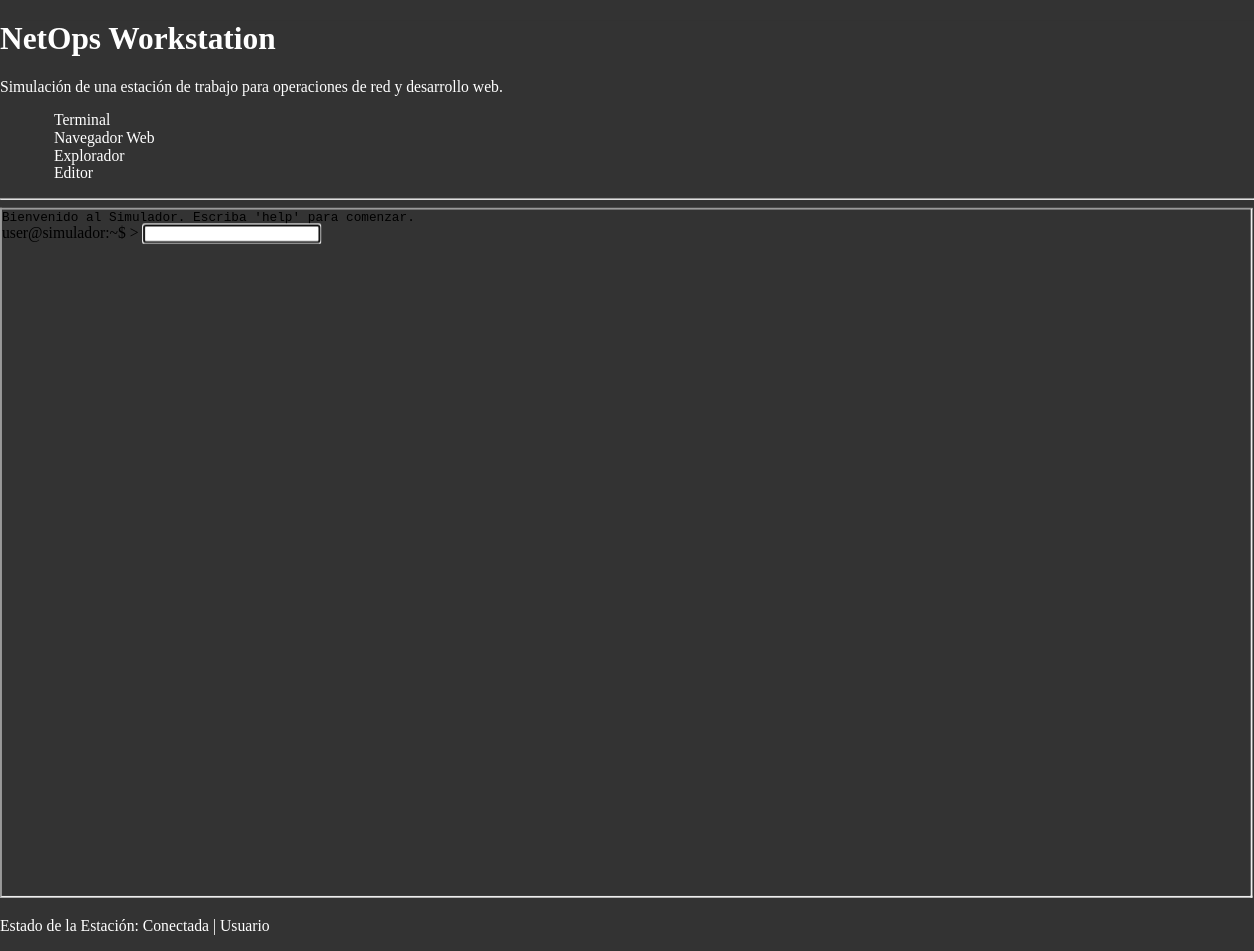
Repository: ValdezGalia/ProgramacionWebUcab
Page: lan-01.html
These files come from the project's save history. The page is drawn as it stood at one moment and after a run of saves; the edit follows.
The browser window is 1280 px wide. The pictures show the whole page, at 98% of full size.
Pictures or frames that could not be fetched are drawn as grey boxes.

Above is the page before, as saved 2025-11-13 16:07:57.

### lan-01.html
<!DOCTYPE html>
<html lang="es">

<head>
    <meta charset="UTF-8">
    <meta name="viewport" content="width=device-width, initial-scale=1.0">
    <meta name="author" content="Orlando Valdez / Jenry Youssef / Oscar Torres">
    <link rel="stylesheet" href="/style/lan-01.css">
    <title>NetOps Workstation: Estación de Trabajo</title>
</head>

<body>

    <header>
        <h1>NetOps Workstation</h1>
        <p>Simulación de una estación de trabajo para operaciones de red y desarrollo web.</p>
    </header>

    <main id="workstation-container">

        <nav id="app-navigation" aria-label="Aplicaciones de la estación de trabajo">
            <ul id="app-list">
                <li><a href="#" data-tool="lineaComandos">Terminal</a></li>
                <li><a href="#" data-tool="navegador">Navegador Web</a></li>
                <li><a href="#" data-tool="exploradorArchivos">Explorador</a></li>
                <li><a href="#" data-tool="editorArchivo">Editor</a></li>
            </ul>
        </nav>

        <hr>
        <!-- Contenedor de herramientas de forma dinamica y sostenible -->
        <section id="application-display">
            <iframe id="tool-iframe" src="pages/lineaComandos.html" sandbox="allow-scripts allow-same-origin"
                title="Aplicación interactiva" width="99.5%" height="700px"></iframe>
        </section>

    </main>

    <footer aria-label="Estado y Diagnóstico">
        <p>Estado de la Estación: Conectada | <span class="user">Usuario</span></p>
    </footer>

    <script>
        document.addEventListener('DOMContentLoaded', () => {
            const iframe = document.getElementById('tool-iframe');
            const navLinks = document.querySelectorAll('#app-list a');

            navLinks.forEach(link => {
                link.addEventListener('click', (event) => {
                    event.preventDefault();

                    const toolName = event.target.dataset.tool;
                    const newSrc = `pages/${toolName}.html`;

                    iframe.src = newSrc;

                    /*Esto aun no hace nada ya que aun no se implementa la logica que distige la clase active*/
                    navLinks.forEach(navLink => navLink.classList.remove('active'));
                    event.target.classList.add('active');
                });
            });
        });
    </script>

</body>

</html>

### style/lan-01.css
html, body{
    padding: 0;
    margin: 0;
    background-color: #333;
    color: white
}

nav ul li{
    list-style: none;
}

nav ul li a{
    text-decoration: none;
    color: white;
    padding: 15px 15px;
    background-image: ;
}

### pages/lineaComandos.html
<!DOCTYPE html>
<html lang="es">
<head>
    <meta charset="UTF-8">
    <meta name="viewport" content="width=device-width, initial-scale=1.0">
    <meta name="description" content="Un linea de comandos (CLI) basada en diseño de la de linux">
    <link rel="stylesheet" href="/style/commandline.css">
    <title>Linea de comandos</title>
</head>
<body>
    <div id="terminal-window">
        <pre id="terminal-output">Bienvenido al Simulador. Escriba 'help' para comenzar.</pre>

        <div id="command-line">
            <span id="prompt">user@simulador:~$ > </span>
            <input type="text" id="command-input" autofocus>
        </div>
    </div>
</body>
</html>

### style/commandline.css
* {
    margin: 0px;
    padding: 0px;
}

html, body{
    margin: 0;
    padding: 0;
    width: 100%;
    height: 100%;
    overflow: hidden;
    background-color: #333;
}

textarea{
    display: block;
    display: block;
    width: 100%;
    height: 100%;
    box-sizing: border-box;
    border: none;
    outline: none;
    resize: none;
    font-family: monospace;
    padding: 10px;
    background-color: #2036;
    color: white;
}

After the next 6 saves:
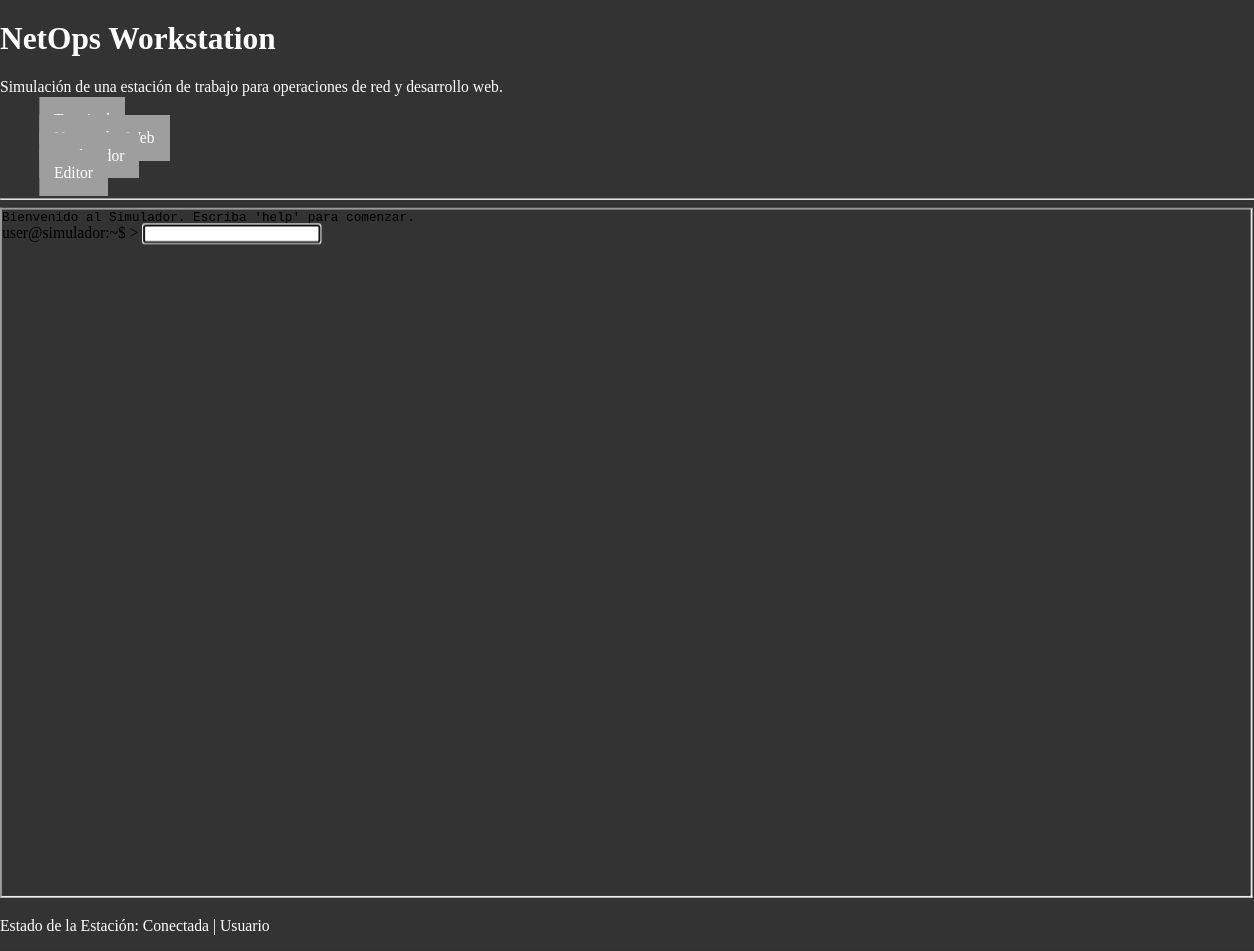
The 6 saves are shown as one change because they came seconds apart.
The last was saved 82 s later.
--- a/style/lan-01.css
+++ b/style/lan-01.css
@@ -13,5 +13,5 @@
     text-decoration: none;
     color: white;
     padding: 15px 15px;
-    background-image: ;
+    background-image: url("./");
 }

After the save that followed:
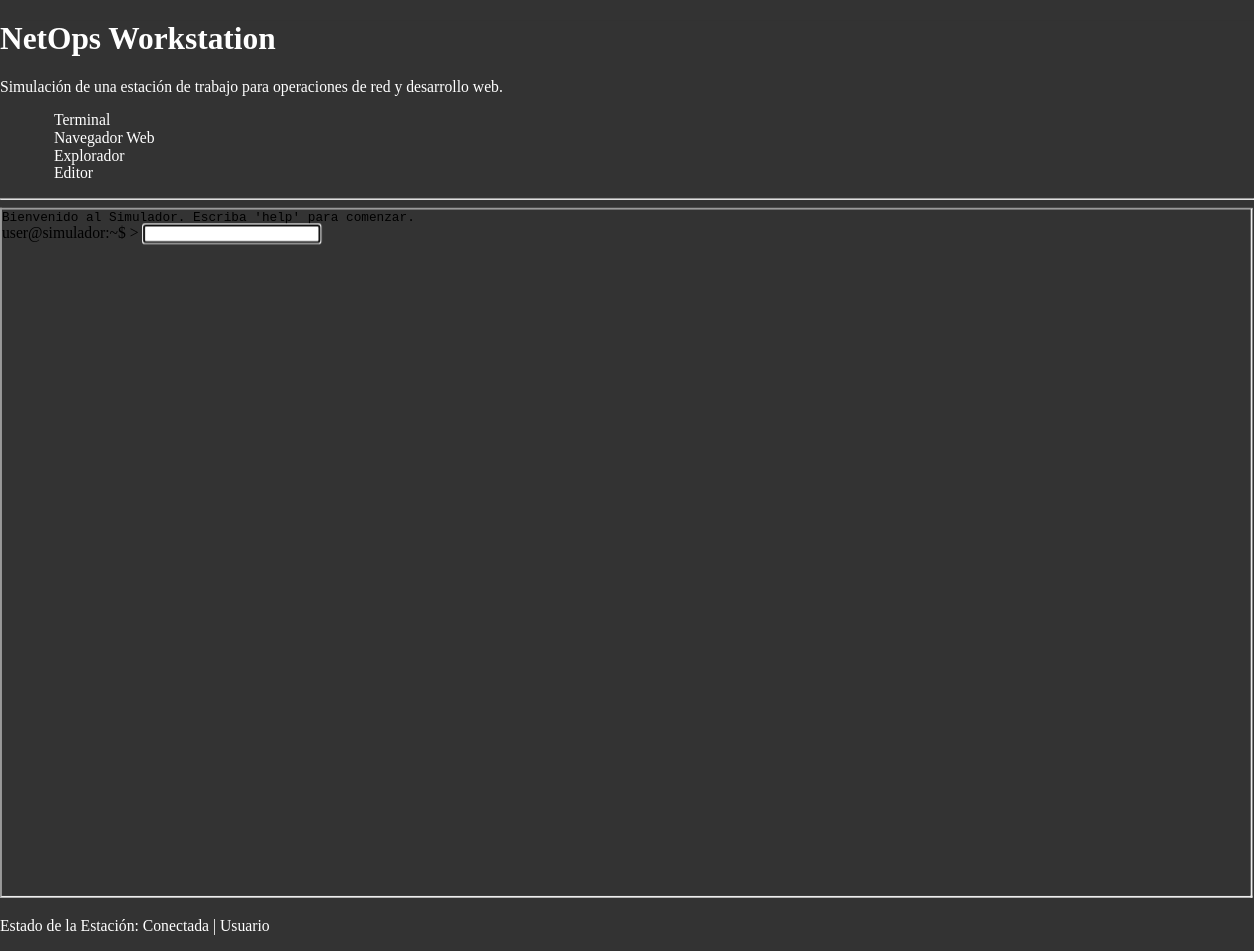
Saved 6 s later.
--- a/style/lan-01.css
+++ b/style/lan-01.css
@@ -13,5 +13,5 @@
     text-decoration: none;
     color: white;
     padding: 15px 15px;
-    background-image: url("./");
+    background-image: url("../assets/img/terminal.png");
 }
